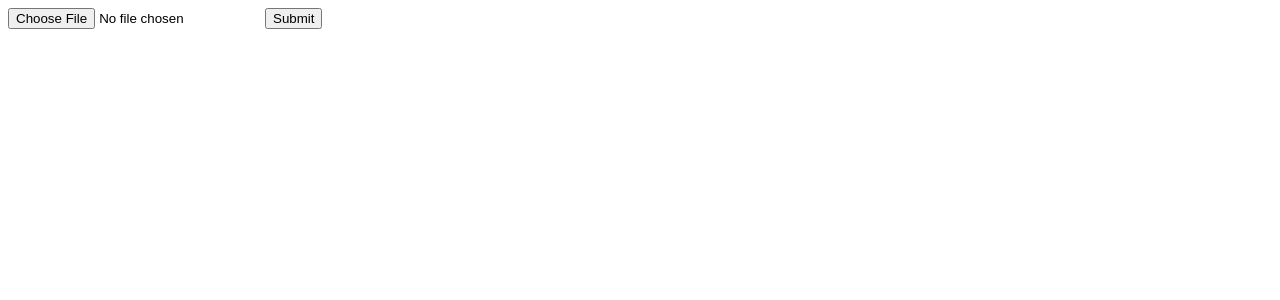
Repository: GourabIX/Java_FSD
Page: Assignment/restful_web_service/WebServiceClientWebApp/src/main/webapp/upload.html
These files come from the project's save history. The page is drawn as it stood at one moment and after the next save; the edit follows.
The browser window is 1280 px wide. The pictures show the whole page.

Above is the page before, as saved 2019-10-03 13:48:53.

### Assignment/restful_web_service/WebServiceClientWebApp/src/main/webapp/upload.html
<!DOCTYPE html>
<html>
<head>
<meta charset="ISO-8859-1">
<title>Upload Page</title>
</head>
<body>

<form action="http://localhost:8080/HelloWebService/zenrestfulws/upload" method="POST" enctype="multipart/form-data">
	<input type="file" name="myfile"/>
	<input type="submit" name="submitter"/>
</form>
</body>
</html>

After the next save:
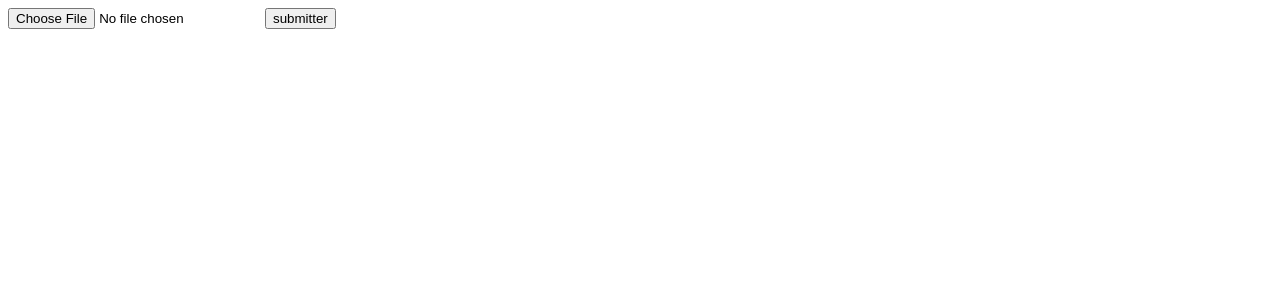
Saved 36 s later.
--- a/Assignment/restful_web_service/WebServiceClientWebApp/src/main/webapp/upload.html
+++ b/Assignment/restful_web_service/WebServiceClientWebApp/src/main/webapp/upload.html
@@ -8,7 +8,7 @@
 
 <form action="http://localhost:8080/HelloWebService/zenrestfulws/upload" method="POST" enctype="multipart/form-data">
 	<input type="file" name="myfile"/>
-	<input type="submit" name="submitter"/>
+	<input type="submit" value="submitter"/>
 </form>
 </body>
 </html>
